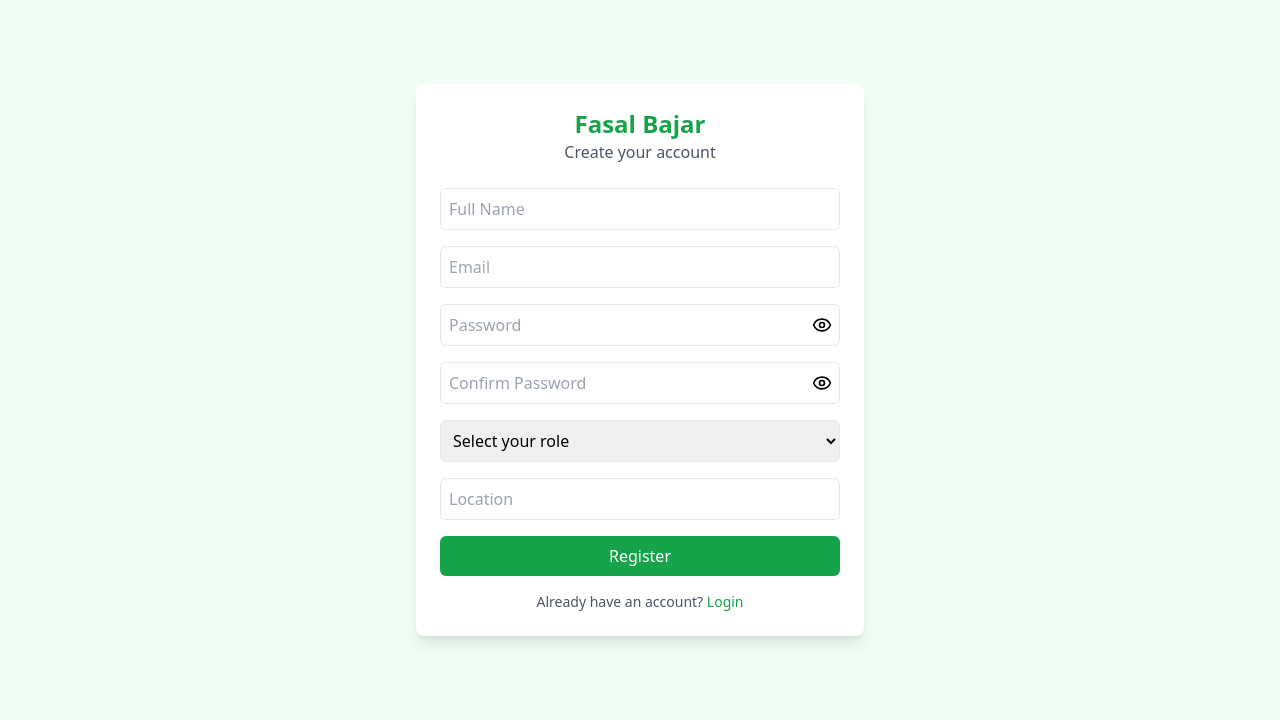
Repository: Dineshbhandari2023/FYP_Fasal_Bajar
Page: /register (app in Client/)
An editor plug-in stored every save of this project. The page is shown before and after the next save, followed by the edit.
The browser window is 1280 px wide. The pictures show the whole page.
The project was rebuilt for these pictures with package versions that can differ from the ones it lists, and the page was loaded fresh each time. Also part of the build but not shown: Client/vite.config.js, Client/src/Authentication/logIn.jsx, Client/src/Dashboard/dashboard.jsx.

Above is the page before, as saved 2025-02-17 19:50:43.

### Client/index.html
<!DOCTYPE html>
<html lang="en">
  <head>
    <meta charset="UTF-8" />
    <link rel="icon" type="image/svg+xml" href="/vite.svg" />
    <meta name="viewport" content="width=device-width, initial-scale=1.0" />
    <title>Vite + React</title>
    <style>
      @import url("https://fonts.googleapis.com/css2?family=Montserrat:ital@0;1&display=swap");
    </style>
  </head>
  <body>
    <div id="root"></div>
    <script type="module" src="/src/main.jsx"></script>
  </body>
</html>

### Client/src/App.jsx
import React from "react";
import { BrowserRouter as Router, Routes, Route } from "react-router-dom";
import Login from "./Authentication/Login";
import Dashboard from "./Dashboard/dashboard";
import Register from "./Authentication/Register";
// import Home from "./Home/home";

const App = () => {
  return (
    <Router>
      <div>
        <Routes>
          <Route path="/" element={<Dashboard />} />
          <Route path="/login" element={<Login />} />
          <Route path="/register" element={<Register />} />
          {/* <Route path="/dashboard" element={<Home />} /> */}
        </Routes>
      </div>
    </Router>
  );
};

export default App;

### Client/src/Authentication/Register.jsx
import React, { useState } from "react";
import { Eye, EyeOff } from "lucide-react";
import axios from "axios";
import { useNavigate } from "react-router-dom";

const Register = () => {
  const [formData, setFormData] = useState({
    fullName: "",
    email: "",
    password: "",
    confirmPassword: "",
    role: "",
    location: "",
  });
  const [errors, setErrors] = useState({});
  const [showPassword, setShowPassword] = useState(false);
  const [showConfirmPassword, setShowConfirmPassword] = useState(false);
  const navigate = useNavigate();

  const validateForm = () => {
    const newErrors = {};
    if (!formData.fullName.trim()) newErrors.fullName = "Full name is required";
    const emailRegex = /^[^\s@]+@[^\s@]+\.[^\s@]+$/;
    if (!formData.email) newErrors.email = "Email is required";
    else if (!emailRegex.test(formData.email))
      newErrors.email = "Invalid email";
    if (!formData.password) newErrors.password = "Password is required";
    else if (formData.password.length < 8)
      newErrors.password = "Password must be at least 8 characters";
    if (!formData.confirmPassword)
      newErrors.confirmPassword = "Please confirm your password";
    else if (formData.password !== formData.confirmPassword)
      newErrors.confirmPassword = "Passwords do not match";
    if (!formData.role) newErrors.role = "Please select a role";
    if (!formData.location.trim()) newErrors.location = "Location is required";

    setErrors(newErrors);
    return Object.keys(newErrors).length === 0;
  };

  const handleChange = (e) => {
    const { name, value } = e.target;
    setFormData((prev) => ({ ...prev, [name]: value }));
    if (errors[name]) setErrors((prev) => ({ ...prev, [name]: "" }));
  };

  const handleSubmit = async (e) => {
    e.preventDefault();
    if (!validateForm()) return;

    try {
      const response = await axios.post(
        "http://localhost:8000/register",
        formData,
        {
          headers: { "Content-Type": "application/json" },
        }
      );
      if (response.status === 201) {
        alert("User registered successfully!");
        navigate("/login");
      }
    } catch (error) {
      setErrors({
        apiError:
          error.response?.data?.message ||
          "Registration failed. Try again later.",
      });
    }
  };

  return (
    <div className="min-h-screen bg-green-50 flex items-center justify-center p-4">
      <div className="bg-white rounded-lg shadow-lg p-6 w-full max-w-md">
        <h1 className="text-2xl font-semibold text-green-600 text-center">
          Fasal Bajar
        </h1>
        <p className="text-gray-600 text-center mb-6">Create your account</p>
        <form onSubmit={handleSubmit} className="space-y-4">
          <input
            type="text"
            name="fullName"
            value={formData.fullName}
            onChange={handleChange}
            placeholder="Full Name"
            className="w-full p-2 border rounded-md"
          />
          {errors.fullName && (
            <p className="text-red-500 text-xs">{errors.fullName}</p>
          )}
          <input
            type="email"
            name="email"
            value={formData.email}
            onChange={handleChange}
            placeholder="Email"
            className="w-full p-2 border rounded-md"
          />
          {errors.email && (
            <p className="text-red-500 text-xs">{errors.email}</p>
          )}
          <div className="relative">
            <input
              type={showPassword ? "text" : "password"}
              name="password"
              value={formData.password}
              onChange={handleChange}
              placeholder="Password"
              className="w-full p-2 border rounded-md"
            />
            <button
              type="button"
              onClick={() => setShowPassword(!showPassword)}
              className="absolute right-2 top-1/2 transform -translate-y-1/2"
            >
              {showPassword ? <EyeOff size={20} /> : <Eye size={20} />}
            </button>
          </div>
          {errors.password && (
            <p className="text-red-500 text-xs">{errors.password}</p>
          )}
          <div className="relative">
            <input
              type={showConfirmPassword ? "text" : "password"}
              name="confirmPassword"
              value={formData.confirmPassword}
              onChange={handleChange}
              placeholder="Confirm Password"
              className="w-full p-2 border rounded-md"
            />
            <button
              type="button"
              onClick={() => setShowConfirmPassword(!showConfirmPassword)}
              className="absolute right-2 top-1/2 transform -translate-y-1/2"
            >
              {showConfirmPassword ? <EyeOff size={20} /> : <Eye size={20} />}
            </button>
          </div>
          {errors.confirmPassword && (
            <p className="text-red-500 text-xs">{errors.confirmPassword}</p>
          )}
          <select
            name="role"
            value={formData.role}
            onChange={handleChange}
            className="w-full p-2 border rounded-md"
          >
            <option value="">Select your role</option>
            <option value="Farmer">Farmer</option>
            <option value="Buyer">Buyer</option>
          </select>
          {errors.role && <p className="text-red-500 text-xs">{errors.role}</p>}
          <input
            type="text"
            name="location"
            value={formData.location}
            onChange={handleChange}
            placeholder="Location"
            className="w-full p-2 border rounded-md"
          />
          {errors.location && (
            <p className="text-red-500 text-xs">{errors.location}</p>
          )}
          {errors.apiError && (
            <p className="text-red-500 text-xs">{errors.apiError}</p>
          )}
          <button
            type="submit"
            className="w-full bg-green-600 text-white py-2 rounded-md hover:bg-green-700"
          >
            Register
          </button>
        </form>
        <p className="text-center mt-4 text-sm text-gray-600">
          Already have an account?{" "}
          <a href="/login" className="text-green-600 hover:text-green-700">
            Login
          </a>
        </p>
      </div>
    </div>
  );
};

export default Register;

Loaded but not shown: Client/src/main.jsx (common file); Client/src/index.css (common file); Client/tailwind.config.js (common file)

After the next save:
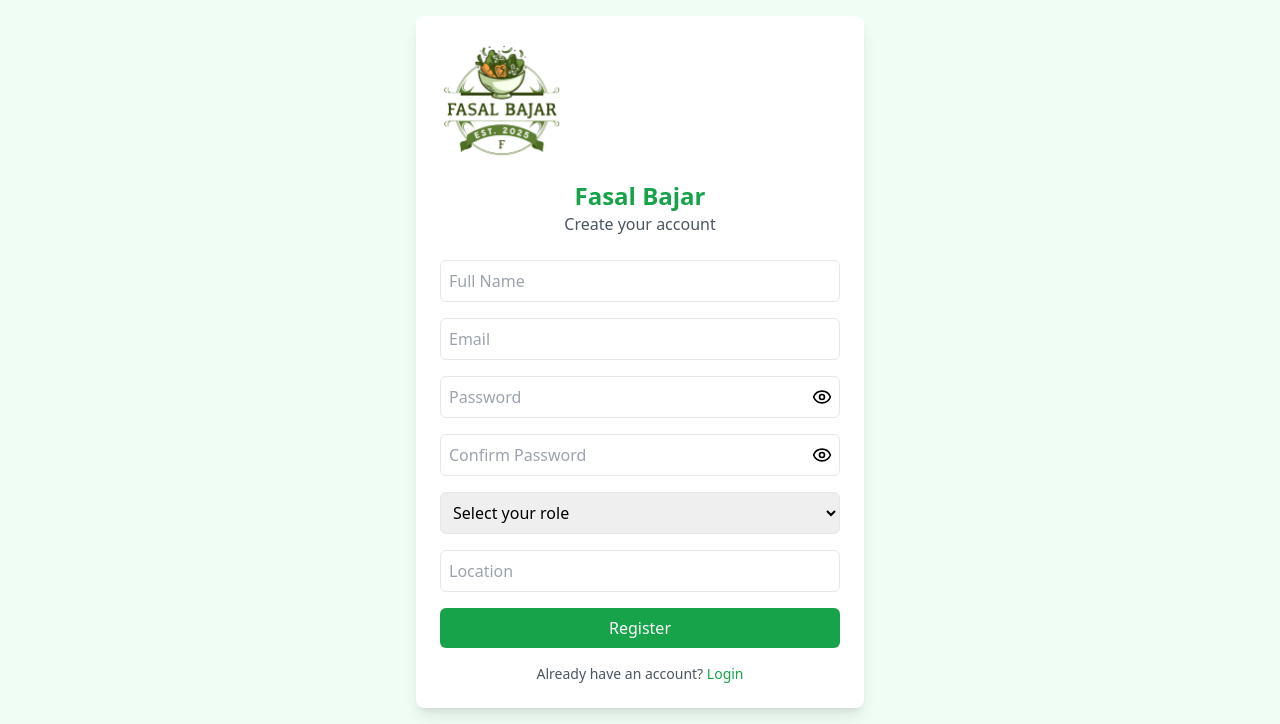
Saved 39 s later.
--- a/Client/src/Authentication/Register.jsx
+++ b/Client/src/Authentication/Register.jsx
@@ -2,6 +2,7 @@
 import { Eye, EyeOff } from "lucide-react";
 import axios from "axios";
 import { useNavigate } from "react-router-dom";
+import logo from "../Assets/auth_logo.png";
 
 const Register = () => {
   const [formData, setFormData] = useState({
@@ -72,6 +73,9 @@
   return (
     <div className="min-h-screen bg-green-50 flex items-center justify-center p-4">
       <div className="bg-white rounded-lg shadow-lg p-6 w-full max-w-md">
+        <div className="text-green-600 mb-3 h-32 w-32">
+          <img src={logo} alt="fasal_Bajar logo" />
+        </div>
         <h1 className="text-2xl font-semibold text-green-600 text-center">
           Fasal Bajar
         </h1>
